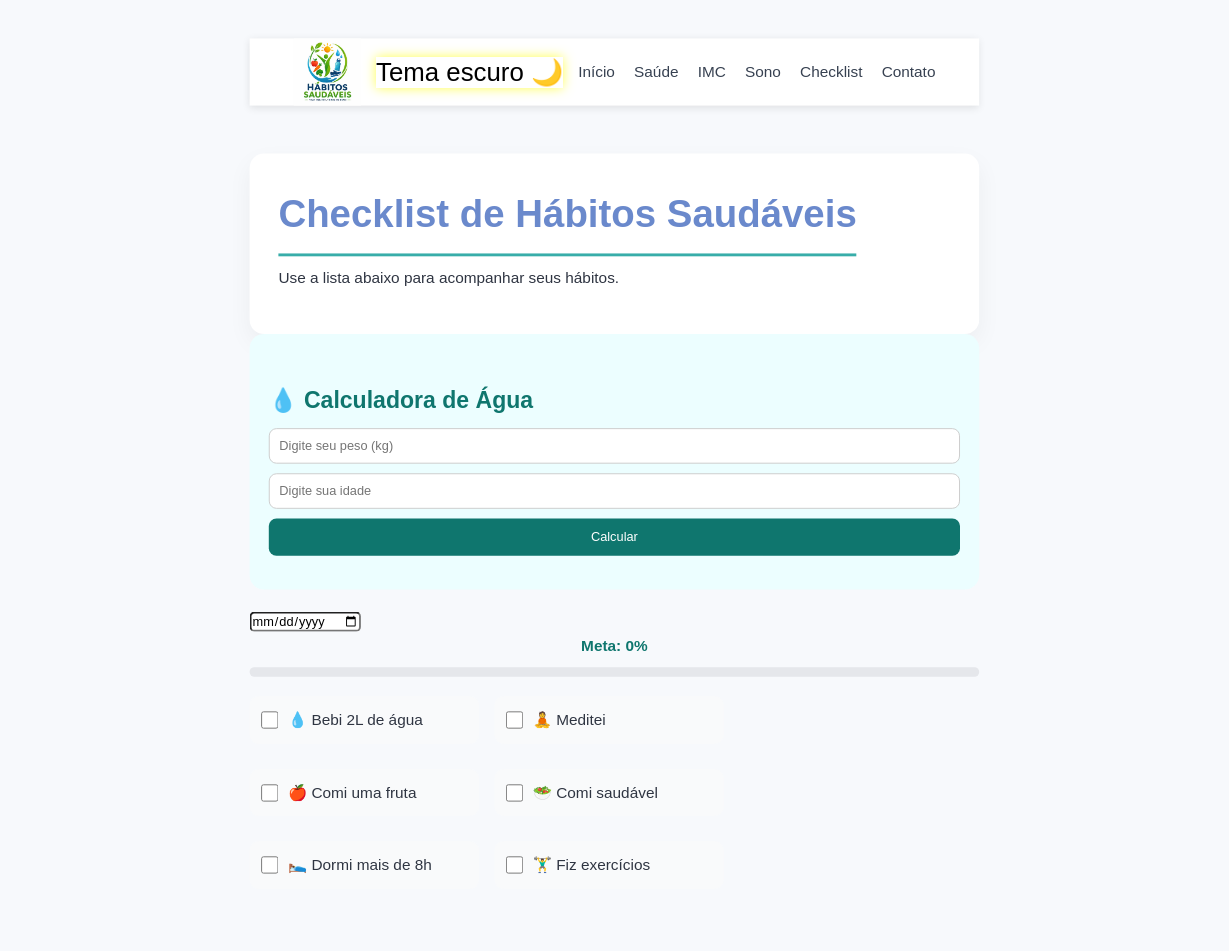
Repository: habitos2026/projetointegrador2026
Page: checklist.html
The author's editor kept a copy of each file at every save. The page is drawn from the files as they stood at one save, then again after a run of saves.
The browser window is 1280 px wide. The pictures show the whole page, at 96% of full size.
The pointer rests on the first visible `#btnTema`.

Above is the page before, as saved 2026-06-10 19:38:54.

### checklist.html
<!DOCTYPE html>
<html lang="pt-br">
<head>
<meta charset="UTF-8">
<meta name="viewport" content="width=device-width, initial-scale=1.0">
<title>Checklist</title>

<link rel="stylesheet" href="estilos.css">

<style>
/* SÓ O CHECKLIST (não mexe no resto do site) */

        :root {
            --cor-mente: #6a89cc;    /* Azul sereno */
            --cor-fisico: #38ada9;   /* Verde energia */
            --cor-agua: #4a69bd;     /* Azul hidratação */
            --cor-fundo: #f7f9fc;
        }

        /* Animação de Entrada */
        @keyframes fadeInUp {
            from {
                opacity: 0;
                transform: translateY(20px);
            }
            to {
                opacity: 1;
                transform: translateY(0);
            }
        }

        body {
            font-family: 'Segoe UI', Roboto, sans-serif;
            line-height: 1.6;
            background-color: var(--cor-fundo);
            color: #2f3542;
            max-width: 800px;
            margin: 0 auto;
            padding: 40px 20px;
        }

        header {
            text-align: center;
            margin-bottom: 50px;
            animation: fadeInUp 0.8s ease-out;
        }

        h1 {
            color: var(--cor-mente);
            font-size: 2.5rem;
            border-bottom: 3px solid var(--cor-fisico);
            display: inline-block;
            padding-bottom: 10px;
        }

        section {
            background: white;
            padding: 30px;
            border-radius: 15px;
            box-shadow: 0 10px 25px rgba(0,0,0,0.05);
            animation: fadeInUp 1s ease-out;
        }

        h2 {
            color: var(--cor-fisico);
            margin-top: 30px;
            display: flex;
            align-items: center;
            gap: 10px;
    }

.check-container {
    max-width: 500px;
    margin: 40px auto;
    background: white;
    padding: 25px;
    border-radius: 15px;
    box-shadow: 0 10px 25px rgba(0,0,0,0.1);
}

/* TÍTULO */
.check-container h1 {
    text-align: center;
    color: #0f766e;
}

/* DATA */
.check-container input[type="date"] {
    display: block;
    margin: 10px auto 20px;
    padding: 8px;
}

/* PROGRESSO */
.progresso {
    text-align: center;
    margin-bottom: 10px;
    font-weight: bold;
    color: #0f766e;
}

/* BARRA */
.barra {
    width: 100%;
    height: 10px;
    background: #e5e7eb;
    border-radius: 10px;
    overflow: hidden;
    margin-bottom: 20px;
}

.barra span {
    display: block;
    height: 100%;
    width: 0%;
    background: #0f766e;
    transition: 0.3s;
}

/* ITENS */
.habit-item {
    display: flex;
    align-items: center;
    gap: 10px;
    background: #f9fafb;
    padding: 12px;
    border-radius: 10px;
    margin-bottom: 10px;
}

.habit-item input {
    width: 18px;
    height: 18px;
}

/* TEXTO */
.habit-item span {
    font-weight: 500;
}

/* MARCADO */
.habit-item input:checked + span {
    text-decoration: line-through;
    color: #9ca3af;
}

/* MENSAGEM */
.msg {
    text-align: center;
    margin-top: 10px;
    color: green;
    font-weight: bold;
}

.data{
    border-radius: 5px;
}

.data::-webkit-calendar-picker-indicator{
    cursor: pointer;
}

.data:hover{
    cursor: pointer;
    background: #00b894;
    box-shadow: 0 10px 8px rgba(0, 0, 0, 0.2);
    transform: scale(104%);
    transition:
    background 0.5s,
    box-shadow 0.5s,
    transform 0.5s;
}

</style>

</head>

<body>

<div id="menu"></div>

<section class="intro">

    <h1>Checklist de Hábitos Saudáveis</h1>

    <p>
        Use a lista abaixo para acompanhar seus hábitos.
    </p>

</section>

<!-- CALCULADORA DE ÁGUA -->
<div class="agua-box">

    <h2>💧 Calculadora de Água</h2>

    <input type="number" id="peso" placeholder="Digite seu peso (kg)">
    <input type="number" id="idade" placeholder="Digite sua idade">

    <button onclick="calcularAgua()">Calcular</button>

    <p id="resultadoAgua"></p>

</div>

<!-- DATA -->
<input type="date" class="data" id="data">

<!-- PROGRESSO -->
<div class="progresso">
    Meta: <span id="pct">0%</span>
</div>

<div class="barra">
    <span id="bar"></span>
</div>

<!-- CHECKLIST -->

<div class="listas">
<label class="habit-item">
    <input type="checkbox" onchange="calc()">
    <span>💧 Bebi 2L de água</span>
</label>

<label class="habit-item">
    <input type="checkbox" onchange="calc()">
    <span>🧘 Meditei</span>
</label>

<label class="habit-item">
    <input type="checkbox" onchange="calc()">
    <span>🍎 Comi uma fruta</span>
</label>

<label class="habit-item">
    <input type="checkbox" onchange="calc()">
    <span>🥗 Comi saudável</span>
</label>

<label class="habit-item">
    <input type="checkbox" onchange="calc()">
    <span>🛌 Dormi mais de 8h</span>
</label>

<label class="habit-item">
    <input type="checkbox" onchange="calc()">
    <span>🏋️‍♂️ Fiz exercícios</span>
</label>
</div>

<p id="msg" class="msg"></p>
<div id="imgGif"></div>

<script src="trabalho.js"></script>

</body>
</html>

### estilos.css
:root{
    --cinza245: rgb(245,245,245);
    --cinza220: rgb(220,220,220);
    --cinza128: rgb(128,128,128);
    --azul: rgb(0,80,120);
    --amarelo: yellow;
}

/* RESET */
*{
    margin:0;
    padding:0;
    box-sizing:border-box;
    font-family:Arial, sans-serif;
}

body{
    background:#f5f7fb;
    color:#1f2937;
}

/* HEADER */
header{
    background:white;
    height:70px;

    display:flex;
    align-items:center;
    justify-content:space-between;

    padding:0 6%;

    box-shadow:0 2px 8px rgba(0,0,0,0.1);
}

/* LOGO */
.logo{
    height:100%;
    width:auto;
}

/* MENU */
.menu{
    display:flex;
    align-items:center;
    gap:20px;
}

.menu a{
    text-decoration:none;
    color:#374151;
    transition: 0.5s;

}

.menu a:hover{
    color:#0f766e;
    text-shadow: 0 0 6px #01b3a4;
}

/* TOPO MENU MOBILE */
.topoMenu{
    display:none;
}

/* BOTÃO MENU */
.botaoMenu{
    border:none;
    background:transparent;

    display:none;
    flex-direction:column;

    gap:6px;

    cursor:pointer;
    transition:0.5s;
}

.botaoMenu div{
    width:28px;
    height:3px;

    background:black;
    transition:0.5s;
}

/* MAIN */
main{
    max-width:800px;

    margin:40px auto;

    background:white;

    padding:30px;

    border-radius:10px;
}

/* TEXTOS */
h1{
    color:#0f766e;
    margin-bottom:10px;
}

p{
    margin-bottom:15px;
}

/* BANNER */
.bannerIndexInicio{
    width:100%;
    height:300px;
    overflow:hidden;
}

.bannerIndexInicio img{
    width:100%;
    height:100%;

    object-fit:cover;
    display:block;
}

.bannerIndex{
    height:100%;

    display:flex;
    justify-content:center;

    overflow:hidden;

    aspect-ratio:16/9;
}

.bannerIndex img{
    width:70%;
    height:80%;

    object-fit:cover;
}

/* BOX ÁGUA */
.agua-box{
    background:#ecfeff;

    padding:20px;

    border-radius:15px;

    margin-bottom:20px;
}

.agua-box h2{
    color:#0f766e;
    margin-bottom:10px;
}

.agua-box input{
    width:100%;

    padding:10px;

    margin-bottom:10px;

    border-radius:8px;

    border:1px solid #ccc;
}

.agua-box button{
    width:100%;

    padding:12px;

    background:#0f766e;

    color:white;

    border:none;

    border-radius:8px;

    cursor:pointer;

    transition:0.5s;
}

.agua-box button:hover{
    background:#115e59;

    transform:scale(1.01);

    box-shadow:
    0 0 10px rgb(1, 255, 234),
    0 0 15px rgb(0, 173, 253);
}

#resultadoAgua{
    margin-top:10px;
    font-weight:bold;
}

/* LISTAS */
.listas{
    width:65%;

    display:grid;

    grid-template-columns:repeat(2, 1fr);

    gap:1rem;
}

/* IMAGENS SAÚDE */
.Saude .Imagem img{

    width:35%;

    height:auto;

    object-fit:cover;

    border-radius:15px;

    transition:0.4s;
}

.Saude .Imagem img:hover{

    transform:scale(1.05);

    box-shadow:
    0 0 10px cyan,
    0 0 20px cyan,
    0 0 40px cyan;
}

.imc-box{
    background:#0f766e;

    padding:20px;

    border-radius:20px;

    margin-top:3rem;


}

.imc-box input{
    width:100%;

    padding:10px;

    margin-bottom:10px;

    border-radius:8px;

    border:1px solid #ccc;
}

.imc-box button{
    width:100%;

    padding:12px;

    background: white;

    border: none;

    border-radius:8px;

    cursor:pointer;

    transition:0.5s;
}

.imc-box button:hover{
    background:#f0f0f0;

    transform:scale(1.002);

    box-shadow:
    0 0 6px rgb(1, 255, 234),
    0 0 8px rgb(0, 173, 253),
    0 0 15px  rgba(18, 165, 153);
}

#resultado{
    margin-top:20px;

    font-weight:bold;

    display: flex;

    flex-direction: column;

    align-items: center;

    gap: 10px;

}

#botaoFecharMenu{
    border:none;

    background:transparent;

    box-shadow: none;

    font-size:20px;

    cursor:pointer;

    transition: 0.5s;

    border-radius: 100px;

}


#botaoFecharMenu:hover{
    color: red;
    text-shadow:  0 0 11px rgb(255, 0, 0);
}

#botaoFecharMenu:active{
  animation: clickEffect 0.2s ease;
}

/* ===== DARK MODE ===== */
body.dark {
    background: #0f172a;
    color: #e2e8f0;
}

body.dark header {
    background: #1e293b;
    box-shadow: 0 2px 8px rgba(0,0,0,0.4);
}

body.dark .menu {
    background: #1e293b;
}

body.dark .menu a {
    color: #cbd5e1;
    border-bottom-color: #334155;
}

body.dark main,
body.dark section {
    background: #1e293b;
    box-shadow: 0 10px 25px rgba(0,0,0,0.3);
}

body.dark .agua-box {
    background: #164e63;
}

body.dark .agua-box input,
body.dark .imc-box input {
    background: #0f172a;
    color: #e2e8f0;
    border-color: #475569;
}

body.dark .habit-item {
    background: #1e293b;
    color: #e2e8f0;
}

body.dark .barra {
    background: #334155;
}

body.dark li {
    background: #1e293b;
    color: #e2e8f0;
}

body.dark .contato-box {
    background: #1e293b;
    color: #e2e8f0;
}

body.dark .contato-form input,
body.dark .contato-form textarea {
    background: #0f172a;
    color: #e2e8f0;
    border-color: #475569;
}

/* Botão tema */
#btnTema {
    background: transparent;
    border: none;
    font-size: 1.4rem;
    cursor: pointer;
    transition: transform 0.3s;
}

#btnTema:hover {
    transform: scale(1.2);
    box-shadow: 0 0 10px rgba(255, 255, 0, 0.7);
}

@keyframes clickEffect {
  0% {
    transform: scale(1);
    text-shadow: 0 0 10px red;
  }
  50% {
    transform: scale(0.95);
    text-shadow: 0 0 20px red;
  }
  100% {
    transform: scale(1);
    text-shadow: 0 0 10px red;
  }
}

/* ANIMAÇÃO */
@keyframes subir{

    from{
        opacity:0;
        transform:translateY(-20px);
    }

    to{
        opacity:1;
        transform:translateY(0);
    }

}

/* MOBILE */
@media screen and (max-width:950px){

    .botaoMenu{
        display:flex;

        animation:subir 0.5s ease;
    }

    .botaoMenu:hover{
        transform: scale(1.03);
    }
    .botaoMenu:hover div{
        box-shadow: 0 10px 15px rgba(0,0,0,0.4);

    }

    .menu{
        position:fixed;

        top:0;
        right:-100%;

        width:80%;
        height:100vh;

        background:white;

        flex-direction:column;

        align-items:flex-start;

        padding:30px;

        transition: right 0.5s;

        z-index:999;
    }

    .menu a{
        width:100%;

        padding:12px 0;


        border-bottom:1px solid var(--cinza220);

        text-decoration:none;

        color:#374151;

        transition: 0.10s;

}

    .menu a:hover{
    color:#0f766e;
    text-shadow: 0 0 6px #01b3a4;
    border: #01b3a4 1px solid;
    transition: 0.5s;
}

    .topoMenu{
        display:flex;

        width:100%;

        justify-content:space-between;

        align-items:center;

        margin-bottom:30px;
    }

    .topoMenu button{
        border:none;

        background:transparent;

        font-size:20px;

        cursor:pointer;
    }

    main{
        margin:20px;
    }

    .bannerIndex img{
        width:100%;
        height:220px;
    }

    .listas{
        width:100%;

        grid-template-columns:1fr;
    }

    .Saude .Imagem img{
        width:100%;
    }
}

### trabalho.js
// ===== DARK MODE — roda ANTES de tudo =====
if (localStorage.getItem("tema") === "dark") {
    document.body.classList.add("dark");
}

// ===== MENU =====
fetch("menu.html")
.then(res => res.text())
.then(data => {

    document.getElementById("menu").innerHTML = data;

    // Botão tema
    const btnTema = document.getElementById("btnTema");
    btnTema.textContent = document.body.classList.contains("dark") ? "Tema claro ☀️" : "Tema escuro 🌙";

    btnTema.addEventListener("click", () => {
        document.body.classList.toggle("dark");
        const temaDark = document.body.classList.contains("dark");
        localStorage.setItem("tema", temaDark ? "dark" : "light");
        btnTema.textContent = temaDark ? "Tema claro ☀️" : "Tema escuro 🌙";
    });

    // Botões do menu mobile
    const abrir = document.querySelector(".botaoMenu");
    const fechar = document.querySelector("#botaoFecharMenu");
    const menu = document.querySelector("#menuNav");

    abrir.addEventListener("click", () => {
        menu.style.right = "0";
    });

    fechar.addEventListener("click", () => {
        menu.style.right = "-100%";
    });

});

// ===== RESTO DAS FUNÇÕES =====

function calc() {
    const checks = document.querySelectorAll('.habit-item input');
    let marcados = 0;

    checks.forEach(check => {
        if(check.checked) marcados++;
    });

    let porcentagem = (marcados / checks.length) * 100;

    document.getElementById("pct").innerText = porcentagem + "%";
    document.getElementById("bar").style.width = porcentagem + "%";

    const msg = document.getElementById("msg");
    const imgGif = document.getElementById("imgGif");

    if (porcentagem === 100) {
        msg.innerText = "Parabéns! Você completou todos os hábitos 🎉";
        imgGif.innerHTML = `<img src="pasta-de-imagens/gifParabens.gif" alt="Parabéns">`;
    } else {
        msg.innerText = "";
        imgGif.innerHTML = "";
    }
}

const data = document.getElementById("data");
if (data) {
    data.addEventListener("click", () => {
        data.showPicker();
    });
}

function calcularAgua() {
    const peso = parseFloat(document.getElementById("peso").value);
    const idade = parseInt(document.getElementById("idade").value);

    if (isNaN(peso) || peso <= 0 || isNaN(idade) || idade <= 0) {
        document.getElementById("resultadoAgua").innerText = "Por favor, preencha peso e idade corretamente.";
        return;
    }

    let mlPorKg;

    if (idade <= 17) mlPorKg = 40;
    else if (idade <= 55) mlPorKg = 35;
    else if (idade <= 65) mlPorKg = 30;
    else mlPorKg = 25;

    const totalMl = peso * mlPorKg;
    const totalLitros = (totalMl / 1000).toFixed(1);

    document.getElementById("resultadoAgua").innerText =
        `Você deve beber aproximadamente ${totalLitros}L de água por dia.`;
}

### menu.html
<header>

    <img class="logo" src="pasta-de-imagens/images.webp" alt="Logo">

    <button id="btnTema" title="Alternar tema">🌙</button>

    <button class="botaoMenu">

        <div></div>
        <div></div>
        <div></div>

    </button>

    <nav id="menuNav" class="menu">

        <div class="topoMenu">

            <h3>Menu</h3>
            <button id="botaoFecharMenu">X</button>
            <button id="abrirMenu" class="botaoMenu"></button>

        </div>

        <a href="index.html">Início</a>
        <a href="saude.html">Saúde</a>
        <a href="imc.html">IMC</a>
        <a href="sono.html">Sono</a>
        <a href="checklist.html">Checklist</a>
        <a href="contato.html">Contato</a>

    </nav>

</header>

After the next 2 saves:
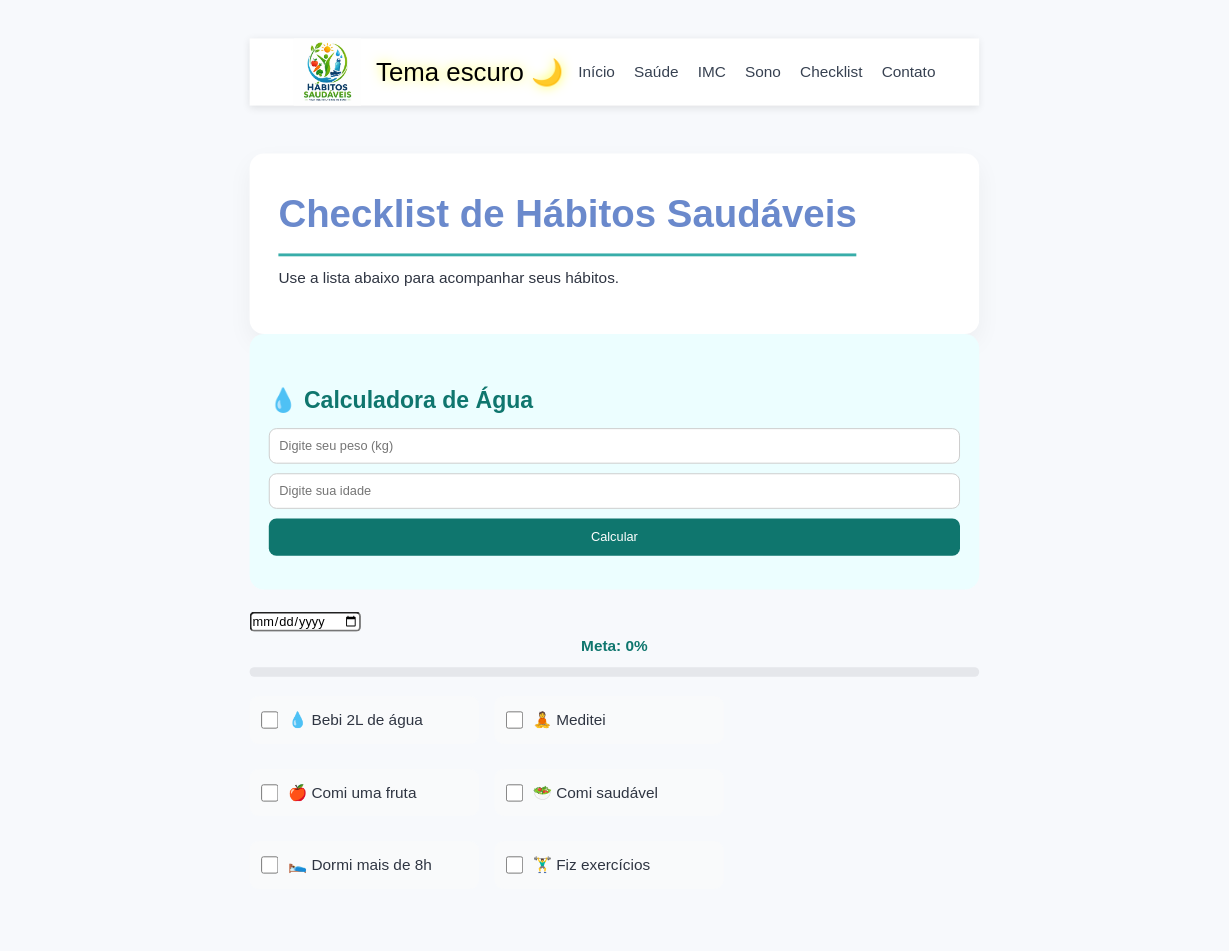
The 2 saves are shown as one change because they came seconds apart.
The last was saved 18 s later.
--- a/estilos.css
+++ b/estilos.css
@@ -404,7 +404,7 @@ body.dark .contato-form textarea {
 
 #btnTema:hover {
     transform: scale(1.2);
-    box-shadow: 0 0 10px rgba(255, 255, 0, 0.7);
+    text-shadow: 0 0 10px rgba(255, 255, 0, 0.7);
 }
 
 @keyframes clickEffect {
